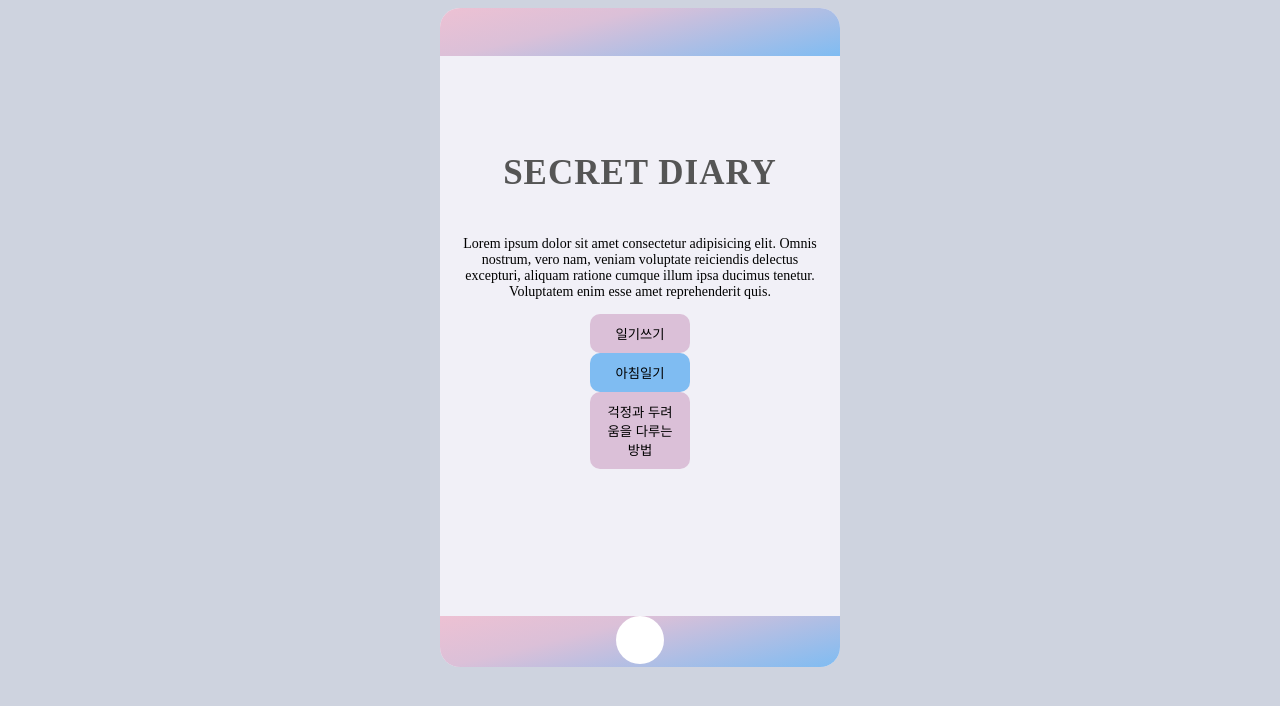
Repository: jinhee196/diary
Page: index.html
The author's editor kept a copy of each file at every save. The page is drawn from the files as they stood at one save, then again after the next save.
The browser window is 1280 px wide. The pictures show the whole page.

Above is the page before, as saved 2021-06-04 13:51:42.

### index.html
<!DOCTYPE html>
<html lang="ko">
<head>
    <meta charset="UTF-8">
    <meta http-equiv="X-UA-Compatible" content="IE=edge">
    <meta name="viewport" content="width=device-width, initial-scale=1.0">
    <title>secret Note</title>
    <link rel="stylesheet" href="style.css">
</head>
<body>
  <div class="container">
      <header class="header"></header>

      <section id="main">
        <h1 class="title">SECRET DIARY</h1>
        <p class="main__desc">Lorem ipsum dolor sit amet consectetur adipisicing elit.
           Omnis nostrum, vero nam, veniam voluptate reiciendis delectus excepturi,
          aliquam ratione cumque illum ipsa ducimus tenetur. Voluptatem enim esse amet reprehenderit quis.</p>
        <button class="note1">일기쓰기</button>
        <button class="note2">아침일기</button>
        <button class="note3">걱정과 두려움을 다루는 방법</button>
      </section>

      <section id="morning">
        <p class="desc">Lorem ipsum dolor sit amet, </p>
        <ul class="items">
          <li class="item">test</li>
          <li class="item-sub">subtest</li>
          <li class="item">test</li>
          <li class="item">글자수에 따라 컨텐츠너비 변하겐</li>
          <li class="item-sub">subtest</li>
          <li class="item-sub">subtest</li>
          <li class="item">가변길이</li>
          <li class="item-sub">subtest</li>
          <li class="item-sub">subtest</li>
          <li class="item-sub">subtest</li>
        </ul>
        <div class="message">
        <input type="text" class="footer__input" />
        <button class="footer__submit">보내기</button>
        </div>
    </section>

    <footer class="footer">

      <button class="footer__button">
         <i class="fas fa-plus"></i>
       </button>
     </footer>
  </div>
</body>
</html>

### style.css
* {
  box-sizing: border-box;
}
ul {
  padding: 0;
}

button {
  outline: none;
  background: transparent;
  border: none;
  cursor: pointer;
}
body {
  background-color: #ced3df;
  text-align: center;
}

section {
  height: 560px;
}
.container {
  width: 400px;
  margin: auto;
  background-color: #f1f0f7;
  border-radius: 20px;
}

.header {
  height: 48px;
  padding: 8px;
  font-size: 24px;
  background: rgba(237, 193, 211);

  background: linear-gradient(
    166deg,
    rgba(237, 193, 211, 1) 0%,
    rgba(219, 192, 216, 1) 35%,
    rgba(127, 188, 242, 1) 100%
  );
  border-radius: 20px 20px 0 0;
  color: #fff;
}

#main {
  display: flex;
  flex-direction: column;
  justify-content: center;
  align-items: center;
}
.title {
  letter-spacing: 1px;
  font-size: 35px;
  margin-top: -50px;
  color: #555;
}
.main__desc {
  padding: 0 20px;
  font-size: 14px;
}
#main button {
  width: 100px;
  padding: 10px 15px;
  border-radius: 10px;
}
.note1 {
  background-color: rgba(219, 192, 216, 1);
}
.note2 {
  background-color: rgba(127, 188, 242, 1);
}
.note3 {
  width: auto;
  display: inline-block;
  background-color: rgba(219, 192, 216, 1);
}

#morning {
  display: none;
}
.desc {
  width: 370px;
  height: 60px;
  font-size: 11px;
  text-align: left;
  padding: 15px 30px;
  margin: 15px auto 0;
  background-color: #fff;
  border-radius: 5px;
}
.items {
  height: 500px;
  overflow-y: auto;
  margin: 0;
}

.item {
  padding: 8px 15px;
  margin: 10px;
  border-radius: 15px;
  background: rgba(237, 193, 211);
  display: inline-block;
  float: left;
  clear: both;
}
.item-sub {
  padding: 8px 15px;
  margin: 10px;
  border-radius: 15px;
  background: rgba(127, 188, 242, 1);
  display: inline-block;
  float: right;
  clear: both;
}

.footer {
  background: rgba(237, 193, 211);

  background: linear-gradient(
    166deg,
    rgba(237, 193, 211, 1) 0%,
    rgba(219, 192, 216, 1) 35%,
    rgba(127, 188, 242, 1) 100%
  );
  border-radius: 0 0 20px 20px;
}
.message {
  width: 100%;
}
.footer__input {
  width: 88%;
  height: 32px;
  border: none;
  outline: none;
  font-size: 14px;
  font-weight: 400;
  padding: 0 16px;
  float: left;
  border-top: 1px solid rgba(237, 193, 211);
}

.footer__submit {
  width: 12%;
  height: 32px;
  float: right;
  background-color: rgba(237, 193, 211);
  font-size: 11px;
  padding: 0;
}
.footer__button {
  width: 48px;
  height: 48px;
  background-color: #fff;
  border-radius: 50%;
  color: #fff;
  font-size: 28px;
  transition: transform 300ms ease-in;
}

.footer__button:hover {
  transform: scale(1.1);
}

After the next save:
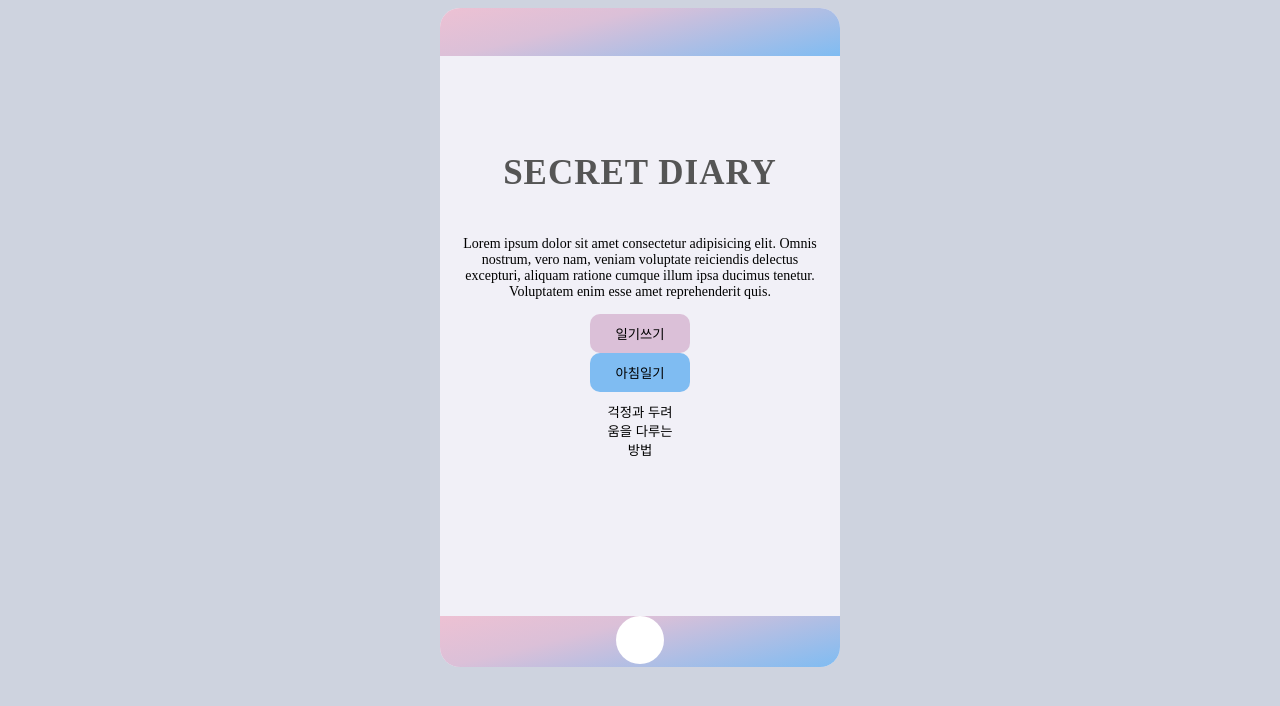
Saved 7 s later.
--- a/style.css
+++ b/style.css
@@ -70,8 +70,7 @@
   background-color: rgba(127, 188, 242, 1);
 }
 .note3 {
-  width: auto;
-  display: inline-block;
+  width:400px
   background-color: rgba(219, 192, 216, 1);
 }
 

After the save that followed:
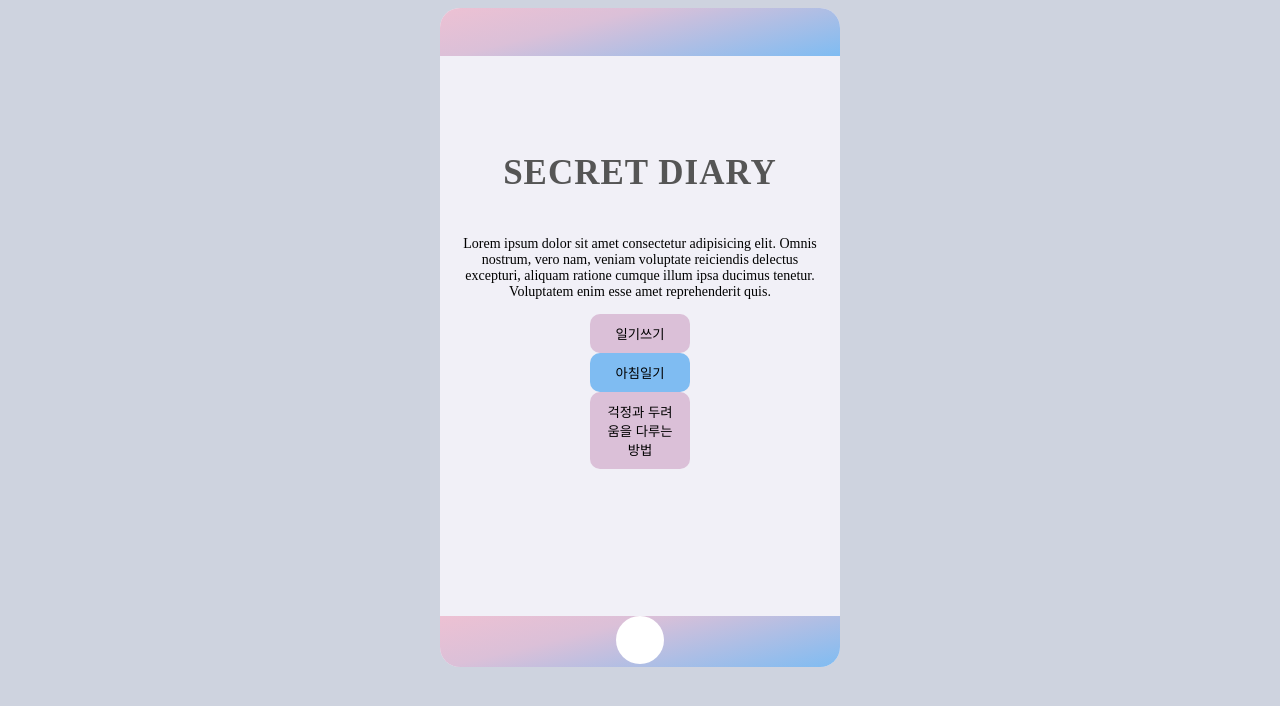
Saved 5 s later.
--- a/style.css
+++ b/style.css
@@ -70,7 +70,7 @@
   background-color: rgba(127, 188, 242, 1);
 }
 .note3 {
-  width:400px
+  width: 400px;
   background-color: rgba(219, 192, 216, 1);
 }
 
